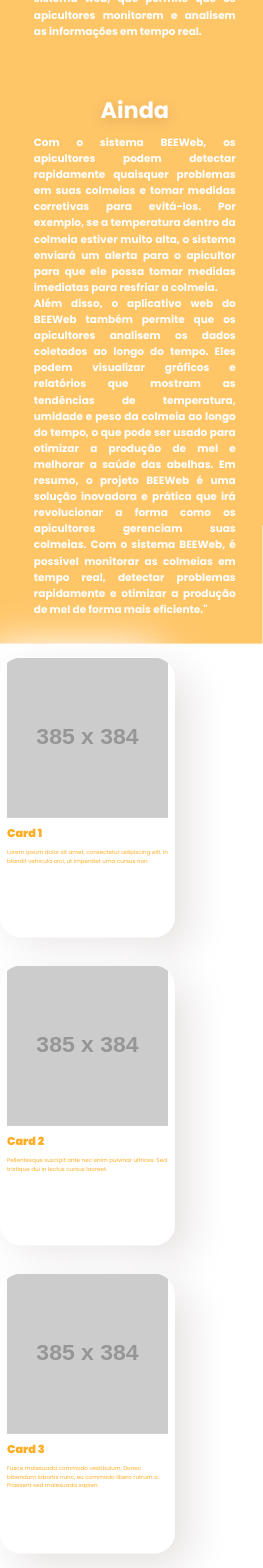
Repository: CCG-web/beeweb
Page: /
The author's editor kept a copy of each file at every save. The page is drawn from the files as they stood at one save, then again after the next save.
The browser window is 375 px wide. The pictures show the part of the page from y = 1428 to 3668 px (the page is 3668 px tall), at 70% of full size.
The project was rebuilt for these pictures with package versions that can differ from the ones it lists, and the page was loaded fresh each time.

Above is the page before, as saved 2023-05-04 15:47:51.

After the next save:
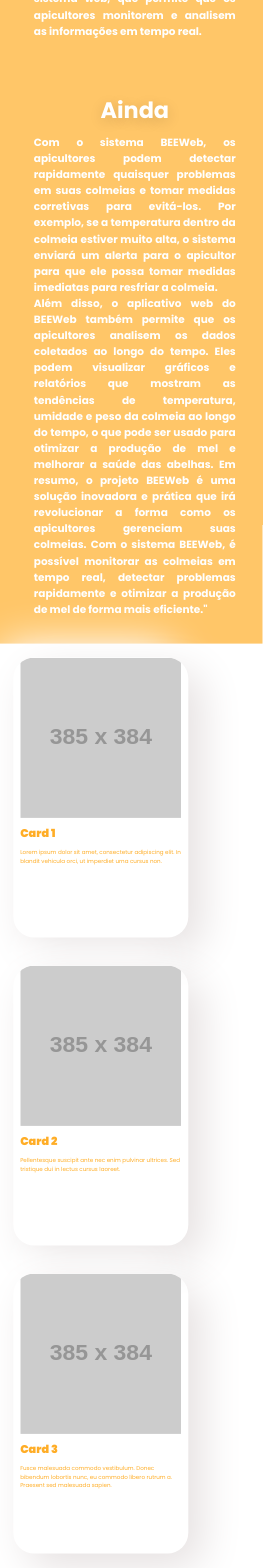
Saved 16 s later.
--- a/src/App.css
+++ b/src/App.css
@@ -37,6 +37,6 @@
 
 @media screen and (max-width: 430px) {
     .card {
-    margin-left: 0px;
+    margin-left: 5%;
     }
 }
